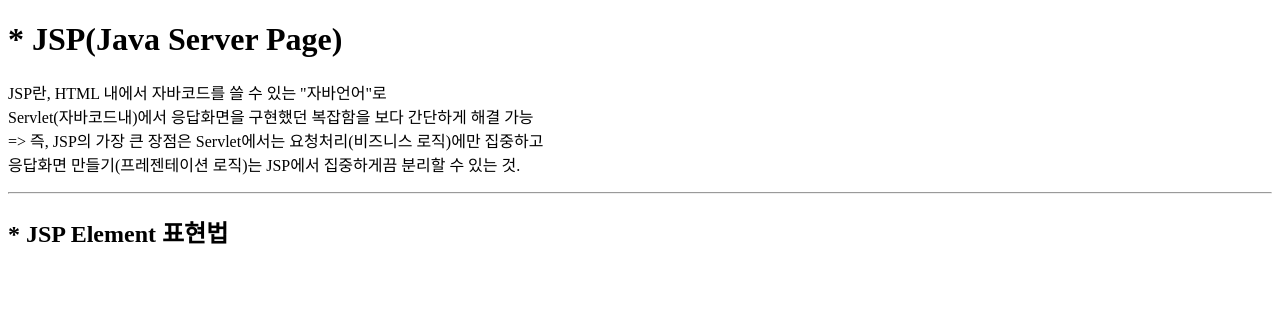
Repository: 1400CP/05_server-workspace1
Page: 2_JSP/WebContent/index.html
These files come from the project's save history. The page is drawn as it stood at one moment and after the next save; the edit follows.
The browser window is 1280 px wide. The pictures show the whole page.

Above is the page before, as saved 2025-02-14 06:35:41.

### 2_JSP/WebContent/index.html
<!DOCTYPE html>
<html>
<head>
<meta charset="UTF-8">
<title>Insert title here</title>
</head>
<body>

	<h1>* JSP(Java Server Page)</h1>

	<p>
		JSP란, HTML 내에서 자바코드를 쓸 수 있는 "자바언어"로 <br>
		Servlet(자바코드내)에서 응답화면을 구현했던 복잡함을 보다 간단하게 해결 가능 <br>
		=> 즉, JSP의 가장 큰 장점은 Servlet에서는 요청처리(비즈니스 로직)에만 집중하고 <br>
			응답화면 만들기(프레젠테이션 로직)는 JSP에서 집중하게끔 분리할 수 있는 것.
	</p>

	<hr>

	<h2>* JSP Element 표현법</h2>

	<h3></h3>


</body>
</html>

After the next save:
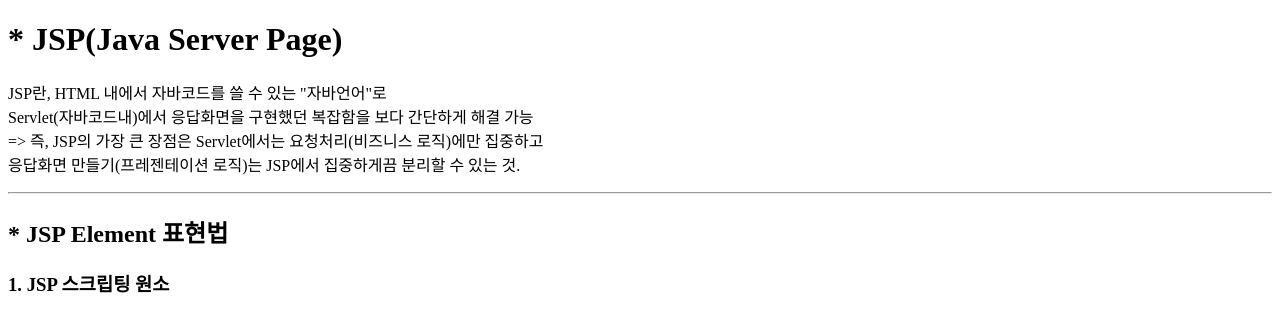
Saved 10 s later.
--- a/2_JSP/WebContent/index.html
+++ b/2_JSP/WebContent/index.html
@@ -19,7 +19,7 @@
 
 	<h2>* JSP Element 표현법</h2>
 
-	<h3></h3>
+	<h3>1. JSP 스크립팅 원소</h3>
 
 
 </body>
